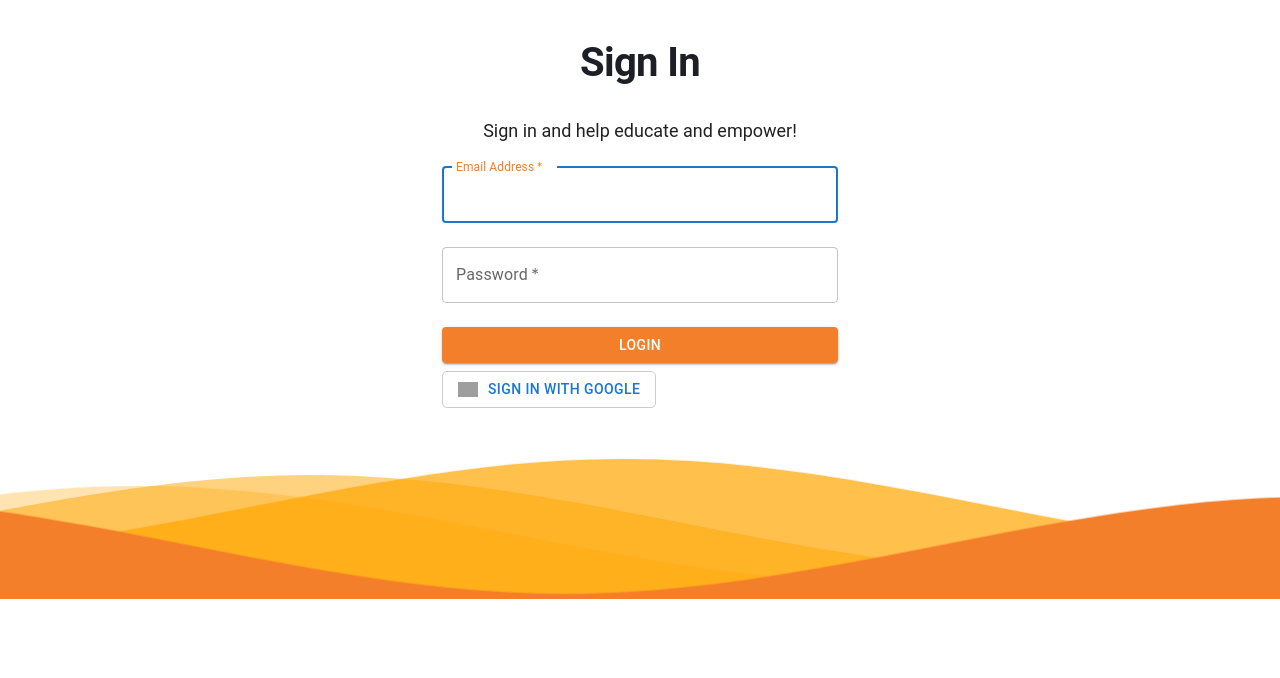
Repository: shubhampirate/Google_Solutions_Edural
Page: /
The author's editor kept a copy of each file at every save. The page is drawn from the files as they stood at one save, then again after a run of saves.
The browser window is 1280 px wide. The pictures show the whole page.
Pictures or frames that could not be fetched are drawn as grey boxes. The project was rebuilt for these pictures with package versions that can differ from the ones it lists, and the page was loaded fresh each time. Some packages were replaced by stand-ins written for this rebuild. Also part of the build but not shown: src/Components/CustomButton.jsx, src/Components/Navbar.jsx, src/Components/Footer.jsx, src/Components/CongratsCard.jsx, src/pages/Hero/Hero.jsx.

Above is the page before, as saved 2024-02-02 23:40:05.

After the next 2 saves:
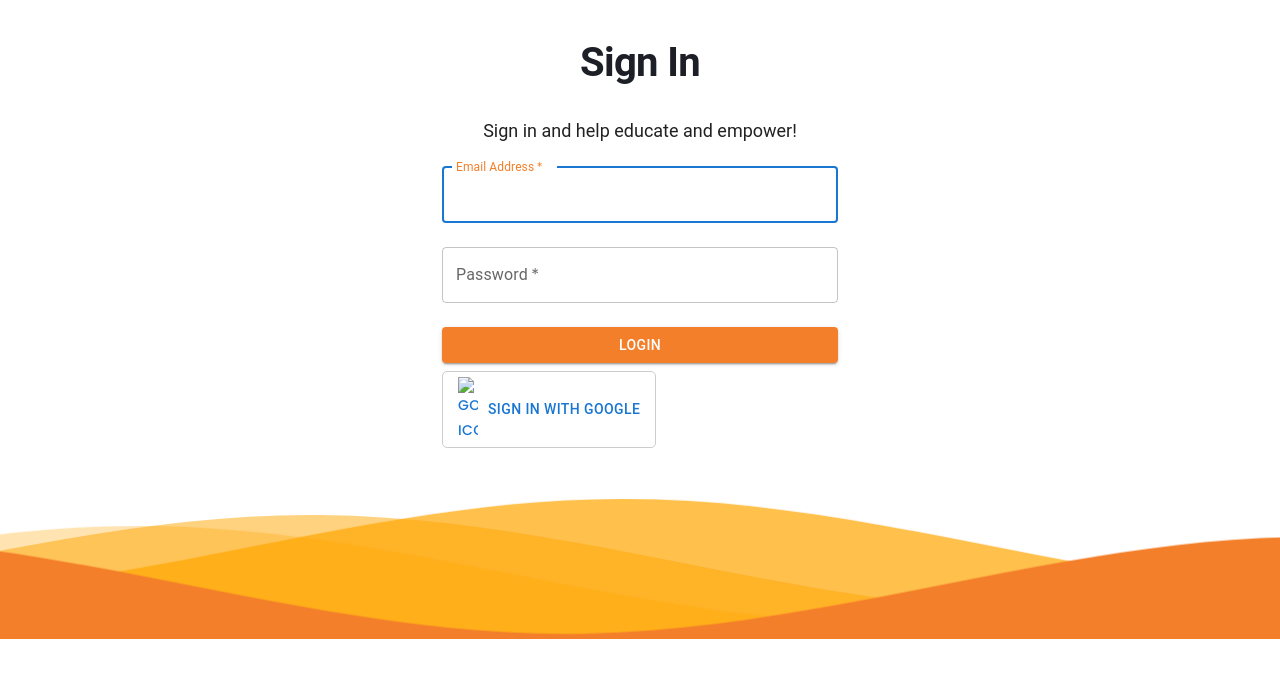
The 2 saves are shown as one change because 1 did not build or start.
The last was saved 16 s later.
--- a/src/pages/Sign_in.jsx
+++ b/src/pages/Sign_in.jsx
@@ -183,7 +183,7 @@ export default function SignIn() {
       style={{ backgroundColor: '#fff', border: '1px solid #ccc', borderRadius: '5px', cursor: 'pointer' }}
     >
       <img
-        src="https://upload.wikimedia.org/wikipedia/commons/5/53/Google_%22G%22_Logo.svg"
+        // src=
         alt="Google Icon"
         style={{ width: '20px', marginRight: '10px' }}
       />
